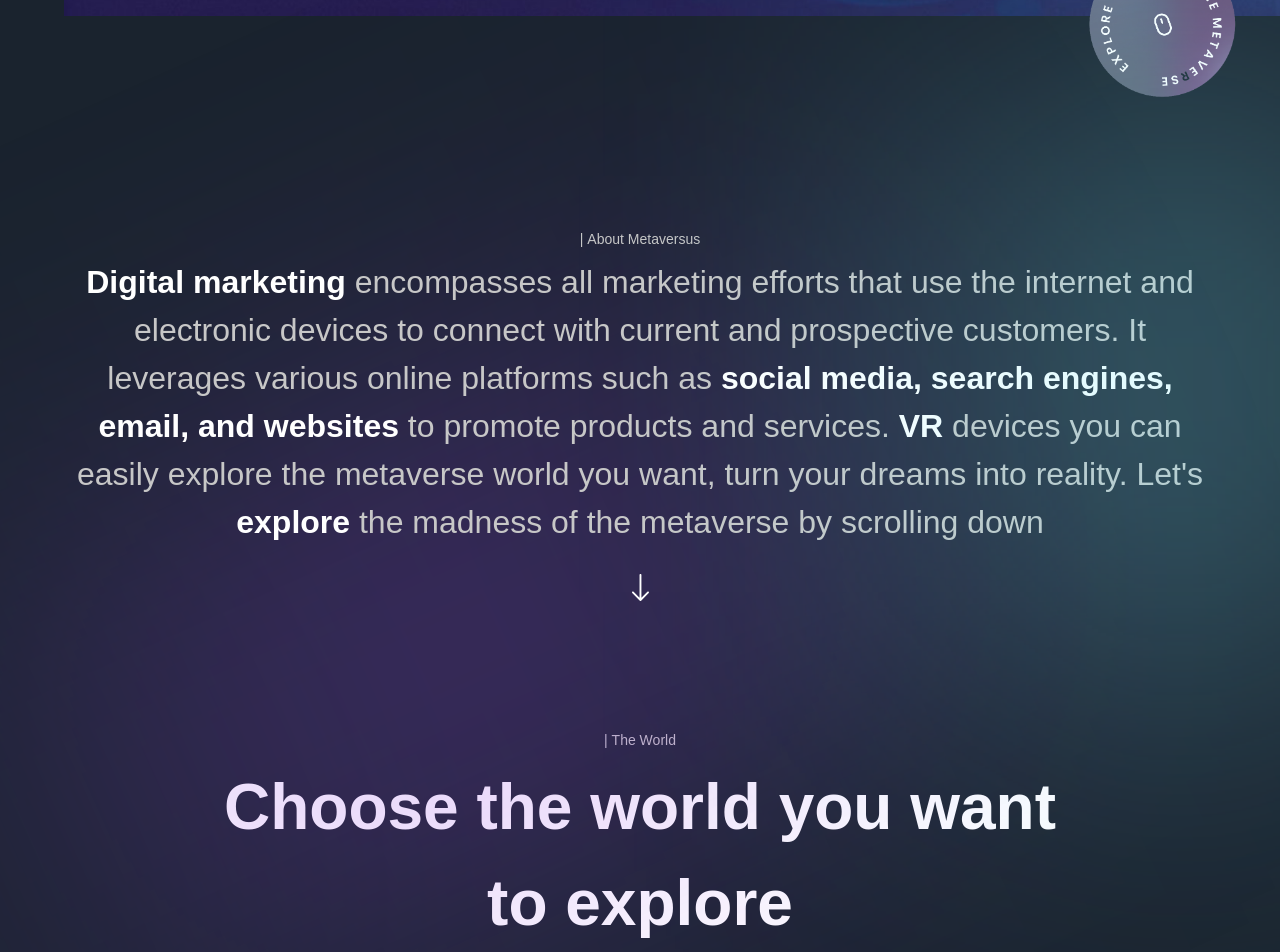
Repository: Shanuga123/metaversus
Page: /
An editor plug-in stored every save of this project. The page is shown before and after the next save, followed by the edit.
The browser window is 1280 px wide. The pictures show the part of the page from y = 939 to 1891 px (the page is 7302 px tall).
Some web fonts or font styles are not loaded; a fallback is used. The project was rebuilt for these pictures with package versions that can differ from the ones it lists, and the page was loaded fresh each time. The framework's server and built-in components were replaced by stand-ins that run in the browser. Also part of the build but not shown: next.config.js.

Above is the page before, as saved 2024-08-05 21:40:12.

### components/Navbar.jsx
'use client';

import { motion } from 'framer-motion';

import styles from '../styles';
import { navVariants } from '../utils/motion';

const Navbar = () => (
  <motion.nav
    variants={navVariants}
    initial="hidden"
    whileInView="show"
    className={`${styles.xPaddings} py-8 relative`}
  >
    <div className="absolute w-[50%] inset-0 gradient-01" />
    <div
      className={`${styles.innerWidth} mx-auto flex justify-between gap-8`}
    >
      <img
        src="/search.svg"
        alt="search"
        className="w-[24px] h-[24px] object-contain"
      />
      <h2 className="font-extrabold text-[24px] leading-[30.24px] text-white">
        METAVERSUS
      </h2>
      <img
        src="/menu.svg"
        alt="menu"
        className="w-[24px] h-[24px] object-contain"
      />
    </div>
  </motion.nav>
);

export default Navbar;

### components/CustomTexts.jsx
'use client';

import { motion } from 'framer-motion';
import { textContainer, textVariant2 } from '../utils/motion';

export const TypingText = ({ title, textStyles }) => (
  <motion.p
    variants={textContainer}
    className={`font-normal text-[14px] text-secondary-white ${textStyles}`}
  >
    {Array.from(title).map((letter, index) => (
      <motion.span variants={textVariant2} key={index}>
        {letter === ' ' ? '\u00A0' : letter}
      </motion.span>
    ))}
  </motion.p>
);

export const TitleText = ({ title, textStyles }) => (
  <motion.h2
    variants={textVariant2}
    initial="hidden"
    whileInView="show"
    className={`mt-[8px] font-bold md:text-[64px] text-[40px] text-white ${textStyles}`}
  >
    {title}
  </motion.h2>
);

### components/ExploreCard.jsx
'use client';

import { motion } from 'framer-motion';

import styles from '../styles';
import { fadeIn } from '../utils/motion';

const ExploreCard = ({ id, imgUrl, title, index, active, handleClick }) => (
  <motion.div
    variants={fadeIn('right', 'spring', index * 0.5, 0.75)}
    className={`relative ${
      active === id ? 'lg:flex-[3.5] flex-[10]' : 'lg:flex-[0.5] flex-[2]'
    } flex items-center justify-center min-w-[170px] h-[700px] transition-[flex] duration-[0.7s] ease-out-flex cursor-pointer`}
    onClick={() => handleClick(id)}
  >
    <img
      src={imgUrl}
      alt="planet-04"
      className="absolute w-full h-full object-cover rounded-[24px]"
    />
    {active !== id ? (
      <h3 className="font-semibold sm:text-[26px] text-[18px] text-white absolute z-0 lg:bottom-20 lg:rotate-[-90deg] lg:origin-[0,0]">
        {title}
      </h3>
    ) : (
      <div className="absolute bottom-0 p-8 flex justify-start w-full flex-col bg-[rgba(0,0,0,0.5)] rounded-b-[24px]">
        <div
          className={`${styles.flexCenter} w-[60px] h-[60px] rounded-[24px] glassmorphism mb-[16px]`}
        >
          <img
            src="/headset.svg"
            alt="headset"
            className="w-1/2 h-1/2 object-contain"
          />
        </div>
        <p className="font-normal text-[16px] leading-[20.16px] text-white uppercase">
          Enter Metaverse
        </p>
        <h2 className="mt-[24px] font-semibold sm:text-[32px] text-[24px] text-white">
          {title}
        </h2>
      </div>
    )}
  </motion.div>
);

export default ExploreCard;

### components/InsightCard.jsx
'use client';

import { motion } from 'framer-motion';

import { fadeIn } from '../utils/motion';

const InsightCard = ({ imgUrl, title, subtitle, index }) => (
  <motion.div
    variants={fadeIn('up', 'spring', index * 0.5, 1)}
    className="flex md:flex-row flex-col gap-4"
  >
    <img
      src={imgUrl}
      alt="planet-01"
      className="md:w-[270px] w-full h-[250px] rounded-[32px] object-cover"
    />
    <div className="w-full flex justify-between items-center">
      <div className="flex-1 md:ml-[62px] flex flex-col max-w-[650px]">
        <h4 className="font-normal lg:text-[42px] text-[26px] text-white">
          {title}
        </h4>
        <p className="mt-[16px] font-normal lg:text-[20px] text-[14px] text-secondary-white">
          {subtitle}
        </p>
      </div>

      <div
        className="lg:flex hidden items-center justify-center w-[100px] h-[100px] rounded-full bg-transparent border-[1px] border-white"
      >
        <img
          src="/arrow.svg"
          alt="arrow"
          className="w-[40%] h-[40%] object-contain"
        />
      </div>
    </div>
  </motion.div>
);

export default InsightCard;

### components/Footer.jsx
'use client';

import { motion } from 'framer-motion';
import { socials } from '../constants';

import styles from '../styles';
import { footerVariants } from '../utils/motion';

const Footer = () => (
  <motion.footer
    variants={footerVariants}
    initial="hidden"
    whileInView="show"
    className={`${styles.xPaddings} py-8 relative`}
  >
    <div className="footer-gradient" />
    <div className={`${styles.innerWidth} mx-auto flex flex-col gap-8`}>
      <div className="flex items-center justify-between flex-wrap gap-5">
        <h4 className="font-bold md:text-[64px] text-[44px] text-white">
          Enter the Metaverse
        </h4>
        <button type="button" className="flex items-center h-fit py-4 px-6 bg-[#25618B] rounded-[32px] gap-[12px]">
          <img
            src="/headset.svg"
            alt="headset"
            className="w-[24px] h-[24px] object-contain"
          />
          <span className="font-normal text-[16px] text-white">
            Enter Metaverse
          </span>
        </button>
      </div>

      <div className="flex flex-col">
        <div className="mb-[50px] h-[2px] bg-white opacity-10" />

        <div className="flex items-center justify-between flex-wrap gap-4">
          <h4 className="font-extrabold text-[24px] text-white">
            METAVERUS
          </h4>
          <p className="font-normal text-[14px] text-white opacity-50">
            Copyright © 2021 - 2022 Metaversus. All rights reserved.
          </p>

          <div className="flex gap-4">
            {socials.map((social) => (
              <img
                key={social.name}
                src={social.url}
                alt={social.name}
                className="w-[24px] h-[24px] object-contain cursor-pointer"
              />
            ))}
          </div>
        </div>
      </div>
    </div>
  </motion.footer>
);

export default Footer;

### sections/Hero.jsx
'use client';

import { motion } from 'framer-motion';

import styles from '../styles';
import { slideIn, staggerContainer, textVariant } from '../utils/motion';

const Hero = () => (
  <section className={`${styles.yPaddings} sm:pl-16 pl-6`}>
    <motion.div
      variants={staggerContainer}
      initial="hidden"
      whileInView="show"
      viewport={{ once: false, amount: 0.25 }}
      className={`${styles.innerWidth} mx-auto flex flex-col`}
    >
      <div className="flex justify-center items-center flex-col relative z-10">
        <motion.h1 variants={textVariant(1.1)} className={styles.heroHeading}>
          Digital
        </motion.h1>
        <motion.div
          variants={textVariant(1.2)}
          className="flex flex-row justify-center items-center"
        >
          <h1 className={styles.heroHeading}>MaR</h1>

          <h1 className={styles.heroHeading}>Keting</h1>
        </motion.div>
      </div>

      <motion.div
        variants={slideIn('right', 'tween', 0.2, 1)}
        className="relative w-full md:-mt-[20px] -mt-[12px]"
      >
        <div className="absolute w-full h-[300px] hero-gradient rounded-tl-[140px] z-[0] -top-[30px]" />

        <img
          src="/cover1.jpg"
          alt="hero_cover"
          className="w-full sm:h-[500px] h-[350px] object-cover rounded-tl-[140px] z-10 relative"
        />

        <a href="#explore">
          <div className="w-full flex justify-end sm:-mt-[70px] -mt-[50px] pr-[40px] relative z-10">
            <img
              src="/stamp.png"
              alt="stamp"
              className="sm:w-[155px] w-[100px] sm:h-[155px] h-[100px] object-contain"
            />
          </div>
        </a>
      </motion.div>
    </motion.div>
  </section>
);

export default Hero;

### sections/About.jsx
'use client';

import { motion } from 'framer-motion';
import { TypingText } from '../components';

import styles from '../styles';
import { fadeIn, staggerContainer } from '../utils/motion';

const About = () => (
  <section className={`${styles.paddings} relative z-10`}>
    <div className="gradient-02 z-0" />
    <motion.div
      variants={staggerContainer}
      initial="hidden"
      whileInView="show"
      viewport={{ once: false, amount: 0.25 }}
      className={`${styles.innerWidth} mx-auto ${styles.flexCenter} flex-col`}
    >
      <TypingText title="| About Metaversus" textStyles="text-center" />

      <motion.p
        variants={fadeIn('up', 'tween', 0.2, 1)}
        className="mt-[8px] font-normal sm:text-[32px] text-[20px] text-center text-secondary-white"
      >
        <span className="font-extrabold text-white">Digital marketing </span> encompasses all marketing efforts that use the internet and electronic devices to connect with current and prospective customers. It leverages various online platforms such as {' '}
        <span className="font-extrabold text-white">
        social media, search engines, email, and websites
        </span>{' '}
        to promote products and services.{' '}
        <span className="font-extrabold text-white">VR</span> devices you can
        easily explore the metaverse world you want, turn your dreams into
        reality. Let's{' '}
        <span className="font-extrabold text-white">explore</span> the madness
        of the metaverse by scrolling down
      </motion.p>

      <motion.img
        variants={fadeIn('up', 'tween', 0.3, 1)}
        src="/arrow-down.svg"
        alt="arrow down"
        className="w-[18px] h-[28px] object-contain mt-[28px]"
      />
    </motion.div>
  </section>
);

export default About;

### sections/Explore.jsx
'use client';

import { useState } from 'react';
import { motion } from 'framer-motion';

import styles from '../styles';
import { exploreWorlds } from '../constants';
import { staggerContainer } from '../utils/motion';
import { ExploreCard, TitleText, TypingText } from '../components';

const Explore = () => {
  const [active, setActive] = useState('world-2');

  return (
    <section className={`${styles.paddings}`} id="explore">
      <motion.div
        variants={staggerContainer}
        initial="hidden"
        whileInView="show"
        viewport={{ once: false, amount: 0.25 }}
        className={`${styles.innerWidth} mx-auto flex flex-col`}
      >
        <TypingText title="| The World" textStyles="text-center" />
        <TitleText
          title={<>Choose the world you want <br className="md:block hidden" /> to explore</>}
          textStyles="text-center"
        />
        <div className="mt-[50px] flex lg:flex-row flex-col min-h-[70vh] gap-5">
          {exploreWorlds.map((world, index) => (
            <ExploreCard
              key={world.id}
              {...world}
              index={index}
              active={active}
              handleClick={setActive}
            />
          ))}
        </div>
      </motion.div>
    </section>
  );
};

export default Explore;

### sections/GetStarted.jsx
'use client';

import { motion } from 'framer-motion';

import styles from '../styles';
import { startingFeatures } from '../constants';
import { StartSteps, TitleText, TypingText } from '../components';
import { staggerContainer, fadeIn, planetVariants } from '../utils/motion';

const GetStarted = () => (
  <section className={`${styles.paddings} relative z-10`}>
    <motion.div
      variants={staggerContainer}
      initial="hidden"
      whileInView="show"
      viewport={{ once: false, amount: 0.25 }}
      className={`${styles.innerWidth} mx-auto flex lg:flex-row flex-col gap-8`}
    >
      <motion.div
        variants={planetVariants('left')}
        className={`flex-1 ${styles.flexCenter}`}
      >
        <img
          src="/get-started.png"
          alt="get-started"
          className="w-[90%] h-[90%] object-contain"
        />
      </motion.div>
      <motion.div
        variants={fadeIn('left', 'tween', 0.2, 1)}
        className="flex-[0.75] flex justify-center flex-col"
      >
        <TypingText title="| How Metaversus Works" />
        <TitleText title={<>Get started with just a few clicks</>} />
        <div className="mt-[31px] flex flex-col max-w-[370px] gap-[24px]">
          {startingFeatures.map((feature, index) => (
            <StartSteps
              key={feature}
              number={`${index < 10 ? '0' : ''} ${index + 1}`}
              text={feature}
            />
          ))}
        </div>
      </motion.div>
    </motion.div>
  </section>
);

export default GetStarted;

### sections/WhatsNew.jsx
'use client';

import { motion } from 'framer-motion';

import styles from '../styles';
import { newFeatures } from '../constants';
import { NewFeatures, TitleText, TypingText } from '../components';
import { planetVariants, staggerContainer, fadeIn } from '../utils/motion';

const WhatsNew = () => (
  <section className={`${styles.paddings} relative z-10`}>
    <motion.div
      variants={staggerContainer}
      initial="hidden"
      whileInView="show"
      viewport={{ once: false, amount: 0.25 }}
      className={`${styles.innerWidth} mx-auto flex lg:flex-row flex-col gap-8`}
    >
      <motion.div
        variants={fadeIn('right', 'tween', 0.2, 1)}
        className="flex-[0.95] flex justify-center flex-col"
      >
        <TypingText title="| Whats new?" />
        <TitleText title={<>What's new about Metaversus?</>} />
        <div className="mt-[48px] flex flex-wrap justify-between gap-[24px]">
          {newFeatures.map((feature) => (
            <NewFeatures key={feature.title} {...feature} />
          ))}
        </div>
      </motion.div>

      <motion.div
        variants={planetVariants('right')}
        className={`flex-1 ${styles.flexCenter}`}
      >
        <img
          src="/whats-new.png"
          alt="get-started"
          className="w-[90%] h-[90%] object-contain"
        />
      </motion.div>
    </motion.div>
  </section>
);

export default WhatsNew;

### sections/World.jsx
'use client';

import { motion } from 'framer-motion';

import styles from '../styles';
import { TitleText, TypingText } from '../components';
import { fadeIn, staggerContainer } from '../utils/motion';

const World = () => (
  <section className={`${styles.paddings} relative z-10`}>
    <motion.div
      variants={staggerContainer}
      initial="hidden"
      whileInView="show"
      viewport={{ once: false, amount: 0.25 }}
      className={`${styles.innerWidth} mx-auto flex flex-col`}
    >

      <TypingText title="| People on the World" textStyles="text-center" />
      <TitleText
        title={(
          <>Track friends around you and invite them to play together in the same
            world
          </>
        )}
        textStyles="text-center"
      />

      <motion.div
        variants={fadeIn('up', 'tween', 0.3, 1)}
        className="relative mt-[68px] flex w-full h-[550px]"
      >
        <img src="/map.png" alt="map" className="w-full h-full object-cover" />

        <div className="absolute bottom-20 right-20 w-[70px] h-[70px] p-[6px] rounded-full bg-[#5D6680]">
          <img src="people-01.png" alt="people" className="w-full h-full" />
        </div>

        <div className="absolute top-10 left-20 w-[70px] h-[70px] p-[6px] rounded-full bg-[#5D6680]">
          <img src="/people-02.png" alt="people" className="w-full h-full" />
        </div>

        <div className="absolute top-1/2 left-[45%] w-[70px] h-[70px] p-[6px] rounded-full bg-[#5D6680]">
          <img src="people-03.png" alt="people" className="w-full h-full" />
        </div>
      </motion.div>
    </motion.div>
  </section>
);

export default World;

### sections/Insights.jsx
'use client';

import { motion } from 'framer-motion';

import styles from '../styles';
import { insights } from '../constants';
import { staggerContainer } from '../utils/motion';
import { InsightCard, TitleText, TypingText } from '../components';

const Insights = () => (
  <section className={`${styles.paddings} relative z-10`}>
    <motion.div
      variants={staggerContainer}
      initial="hidden"
      whileInView="show"
      viewport={{ once: false, amount: 0.25 }}
      className={`${styles.innerWidth} mx-auto flex flex-col`}
    >
      <TypingText title="| Insight" textStyles="text-center" />
      <TitleText title={<>Insight about metaverse</>} textStyles="text-center" />
      <div className="mt-[50px] flex flex-col gap-[30px]">
        {insights.map((item, index) => (
          <InsightCard key={`insight-${index}`} {...item} index={index + 1} />
        ))}
      </div>
    </motion.div>
  </section>
);

export default Insights;

### sections/Feedback.jsx
'use client';

import { motion } from 'framer-motion';

import styles from '../styles';
import { fadeIn, staggerContainer, zoomIn } from '../utils/motion';

const Feedback = () => (
  <section className={`${styles.paddings}`}>
    <motion.div
      variants={staggerContainer}
      initial="hidden"
      whileInView="show"
      viewport={{ once: false, amount: 0.25 }}
      className={`${styles.innerWidth} mx-auto flex lg:flex-row flex-col gap-6`}
    >
      <motion.div
        variants={fadeIn('right', 'tween', 0.2, 1)}
        className="flex-[0.5] lg:max-w-[370px] flex justify-end flex-col gradient-05 sm:p-8 p-4 rounded-[32px] border-[1px] border-[#6A6A6A] relative"
      >
        <div className="feedback-gradient" />
        <div>
          <h4 className="font-bold sm:text-[32px] text-[26px] sm:leading-[40.32px] leading-[36.32px] text-white">
            Samantha
          </h4>
          <p className="mt-[8px] font-normal sm:text-[18px] text-[12px] sm:leading-[22.68px] leading-[16.68px] text-white">
            Founder Metaverus
          </p>
        </div>

        <p className="mt-[24px] font-normal sm:text-[24px] text-[18px] sm:leading-[45.6px] leading-[39.6px] text-white">
          “With the development of today's technology, metaverse is very
          useful for today's work, or can be called web 3.0. by using
          metaverse you can use it as anything”
        </p>
      </motion.div>

      <motion.div
        variants={fadeIn('left', 'tween', 0.2, 1)}
        className="relative flex-1 flex justify-center items-center"
      >
        <img
          src="/planet-09.png"
          alt="planet-09"
          className="w-full lg:h-[610px] h-auto min-h-[210px] object-cover rounded-[40px]"
        />

        <motion.div
          variants={zoomIn(0.4, 1)}
          className="lg:block hidden absolute -left-[10%] top-[3%]"
        >
          <img
            src="/stamp.png"
            alt="stamp"
            className="w-[155px] h-[155px] object-contain"
          />
        </motion.div>
      </motion.div>
    </motion.div>
  </section>
);

export default Feedback;

### styles/index.js
const styles = {
  innerWidth: '2xl:max-w-[1280px] w-full',
  interWidth: 'lg:w-[80%] w-[100%]',

  paddings: 'sm:p-16 xs:p-8 px-6 py-12',
  yPaddings: 'sm:py-16 xs:py-8 py-12',
  xPaddings: 'sm:px-16 px-6',
  topPaddings: 'sm:pt-16 xs:pt-8 pt-12',
  bottomPaddings: 'sm:pb-16 xs:pb-8 pb-12',

  flexCenter: 'flex justify-center items-center',
  flexStart: 'flex justify-start items-start',
  flexEnd: 'flex justify-end',
  navPadding: 'pt-[98px]',

  // hero section
  heroHeading:
      'font-bold lg:text-[144px] md:text-[100px] sm:text-[60px] text-[44px] lg:leading-[158.4px] md:leading-[114.4px] sm:leading-[74.4px] leading-[64.4px] uppercase text-white',
  heroRText:
      'md:w-[212px] sm:w-[80px] w-[60px] md:h-[108px] sm:h-[48px] h-[38px] md:border-[18px] border-[9px] rounded-r-[50px] border-white sm:mx-2 mx-[6px]',
};

export default styles;

### constants/index.js
export const exploreWorlds = [
  {
    id: 'world-1',
    imgUrl: '/planet-01.png',
    title: 'The Hogwarts',
  },
  {
    id: 'world-2',
    imgUrl: '/planet-02.png',
    title: 'The Upside Down',
  },
  {
    id: 'world-3',
    imgUrl: '/planet-03.png',
    title: 'Kadirojo Permai',
  },
  {
    id: 'world-4',
    imgUrl: '/planet-04.png',
    title: 'Paradise Island',
  },
  {
    id: 'world-5',
    imgUrl: '/planet-05.png',
    title: 'Hawkins Labs',
  },
];

export const startingFeatures = [
  'Find a world that suits you and you want to enter',
  'Enter the world by reading basmalah to be safe',
  'No need to beat around the bush, just stay on the gas and have fun',
];

export const newFeatures = [
  {
    imgUrl: '/vrpano.svg',
    title: 'A new world',
    subtitle:
        'we have the latest update with new world for you to try never mind',
  },
  {
    imgUrl: '/headset.svg',
    title: 'More realistic',
    subtitle:
        'In the latest update, your eyes are narrow, making the world more realistic than ever',
  },
];

export const insights = [
  {
    imgUrl: '/planet-06.png',
    title: 'The launch of the Metaverse makes Elon musk ketar-ketir',
    subtitle:
        'Magna etiam tempor orci eu lobortis elementum nibh tellus molestie. Diam maecenas sed enim ut sem viverra alique.',
  },
  {
    imgUrl: '/planet-07.png',
    title: '7 tips to easily master the madness of the Metaverse',
    subtitle:
        'Vitae congue eu consequat ac felis donec. Et magnis dis parturient montes nascetur ridiculus mus. Convallis tellus id interdum',
  },
  {
    imgUrl: '/planet-08.png',
    title: 'With one platform you can explore the whole world virtually',
    subtitle:
        'Quam quisque id diam vel quam elementum. Viverra nam libero justo laoreet sit amet cursus sit. Mauris in aliquam sem',
  },
];

export const socials = [
  {
    name: 'twitter',
    url: '/twitter.svg',
  },
  {
    name: 'linkedin',
    url: '/linkedin.svg',
  },
  {
    name: 'instagram',
    url: '/instagram.svg',
  },
  {
    name: 'facebook',
    url: '/facebook.svg',
  },
];

Loaded but not shown: app/layout.js (common file); app/page.js (common file); styles/globals.css (common file); components/index.js (common file); sections/index.js (common file); components/StartSteps.jsx (common file); components/NewFeatures.jsx (common file); tailwind.config.js (common file); utils/motion.js (161 lines, source omitted)

After the next save:
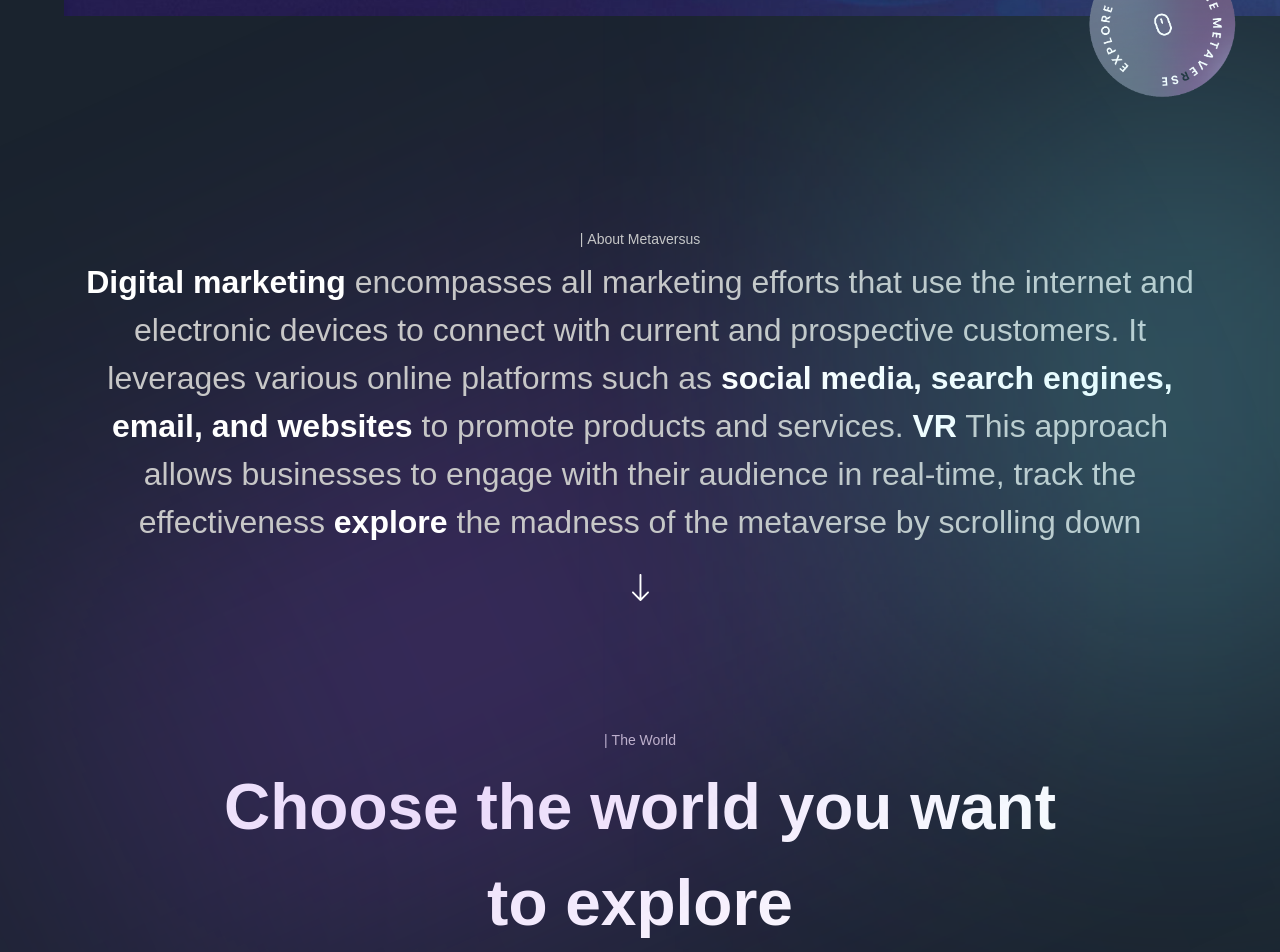
Saved 32 s later.
--- a/sections/About.jsx
+++ b/sections/About.jsx
@@ -27,9 +27,7 @@ const About = () => (
         social media, search engines, email, and websites
         </span>{' '}
         to promote products and services.{' '}
-        <span className="font-extrabold text-white">VR</span> devices you can
-        easily explore the metaverse world you want, turn your dreams into
-        reality. Let's{' '}
+        <span className="font-extrabold text-white">VR</span> This approach allows businesses to engage with their audience in real-time, track the effectiveness{' '}
         <span className="font-extrabold text-white">explore</span> the madness
         of the metaverse by scrolling down
       </motion.p>
